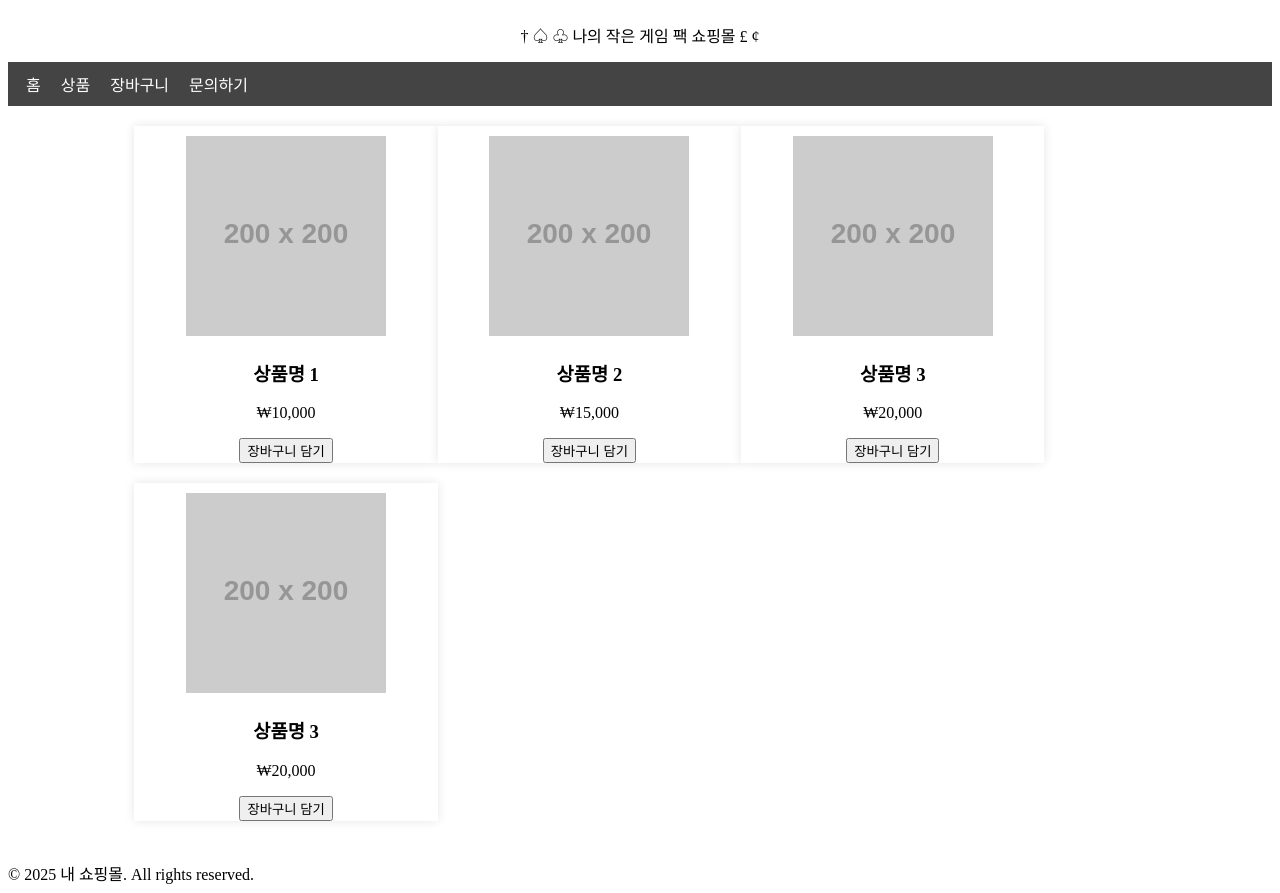
Repository: SeungYeon04/A_AssetsJSP
Page: http://localhost/JSP_Start01/
These files come from the project's save history. The page is drawn as it stood at one moment and after the next save; the edit follows.
The browser window is 1280 px wide. The pictures show the whole page.
Some web fonts or font styles are not loaded; a fallback is used. The page is served by Tomcat 9.

Above is the page before, as saved 2025-03-11 05:54:52.

### JSP_Start01/src/main/webapp/index.jsp
<%@ page language="java" contentType="text/html; charset=UTF-8"
    pageEncoding="UTF-8"%>
<!DOCTYPE html>
<html>
<head>
<meta charset="UTF-8">
<title>Insert title here</title>
</head>
<body>
	<header>† ♤ ♧  나의 작은 게임 팩 쇼핑몰 £ ¢</header>

    <nav>
        <a href="#">홈</a>
        <a href="#">상품</a>
        <a href="#">장바구니</a>
        <a href="#">문의하기</a>
    </nav>

    <div class="container">
        <div class="product">
            <img src="https://via.placeholder.com/200" alt="상품1">
            <h3>상품명 1</h3>
            <p>₩10,000</p>
            <button>장바구니 담기</button>
        </div>

        <div class="product">
            <img src="https://via.placeholder.com/200" alt="상품2">
            <h3>상품명 2</h3>
            <p>₩15,000</p>
            <button>장바구니 담기</button>
        </div>

        <div class="product">
            <img src="https://via.placeholder.com/200" alt="상품3">
            <h3>상품명 3</h3>
            <p>₩20,000</p>
            <button>장바구니 담기</button>
        </div>
        <div class="product">
            <img src="https://via.placeholder.com/200" alt="상품3">
            <h3>상품명 3</h3>
            <p>₩20,000</p>
            <button>장바구니 담기</button>
        </div>
    </div>

    <footer>© 2025 내 쇼핑몰. All rights reserved.</footer>
    <style>

    	body {
    		font-family: 'Ownglyph_ParkDaHyun';
    	}

    	header {
    		text-align: center;
    		padding: 15px 0;
    	}



	    @font-face {
		    font-family: 'Ownglyph_ParkDaHyun';
		    src: url('https://fastly.jsdelivr.net/gh/projectnoonnu/2411-3@1.0/Ownglyph_ParkDaHyun.woff2') format('woff2');
		    font-weight: normal;
		    font-style: normal;
		}

		nav {
			background-color: #444;
			padding: 10px;
			text-align: ceter;

			a {
				color: white;
            	text-decoration: none;
            	margin: 0 8px;
            	/*font-size: 18px;*/
			 }

			a:hover {
            	text-decoration: underline;
        	}
		}

		/* 메인콘텐츠 */
		.container {
			width: 80%;
			margin: 20px auto;
			display: flex;
			flex-wrap: wrap;
			jusify-content:	space-between;
		}

		.product {
			width: 30%;
			background: white;
			padding-top: 10px;
			box-shadow: 0 0 10px rgba(0, 0, 0, 0.1);
			margin-bottom: 20px;
			text-align: center;

		}

    </style>
</body>
</html>

After the next save:
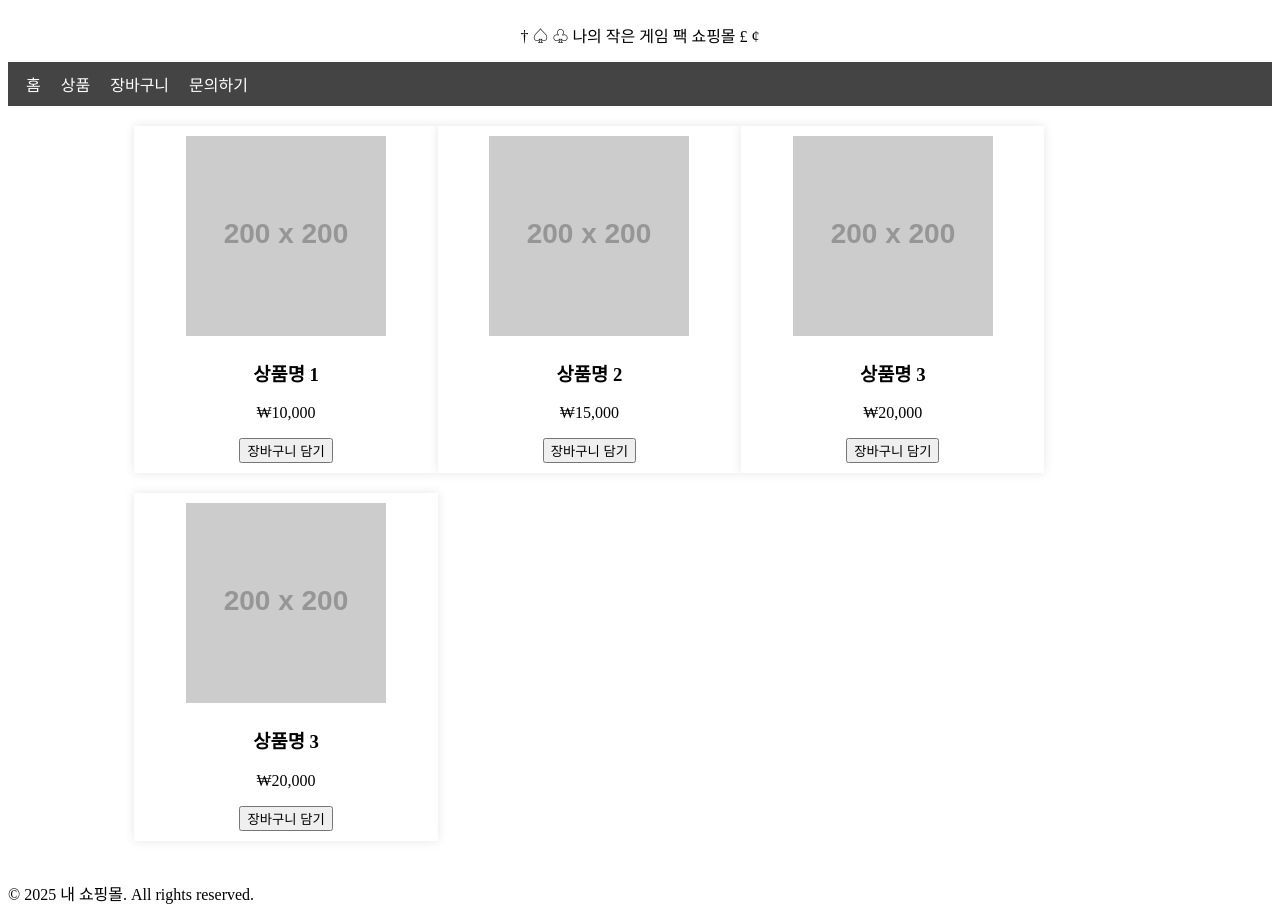
Saved 13 s later.
--- a/JSP_Start01/src/main/webapp/index.jsp
+++ b/JSP_Start01/src/main/webapp/index.jsp
@@ -96,6 +96,7 @@
 			width: 30%;
 			background: white;
 			padding-top: 10px;
+			padding-bottom: 10px;
 			box-shadow: 0 0 10px rgba(0, 0, 0, 0.1);
 			margin-bottom: 20px;
 			text-align: center;
